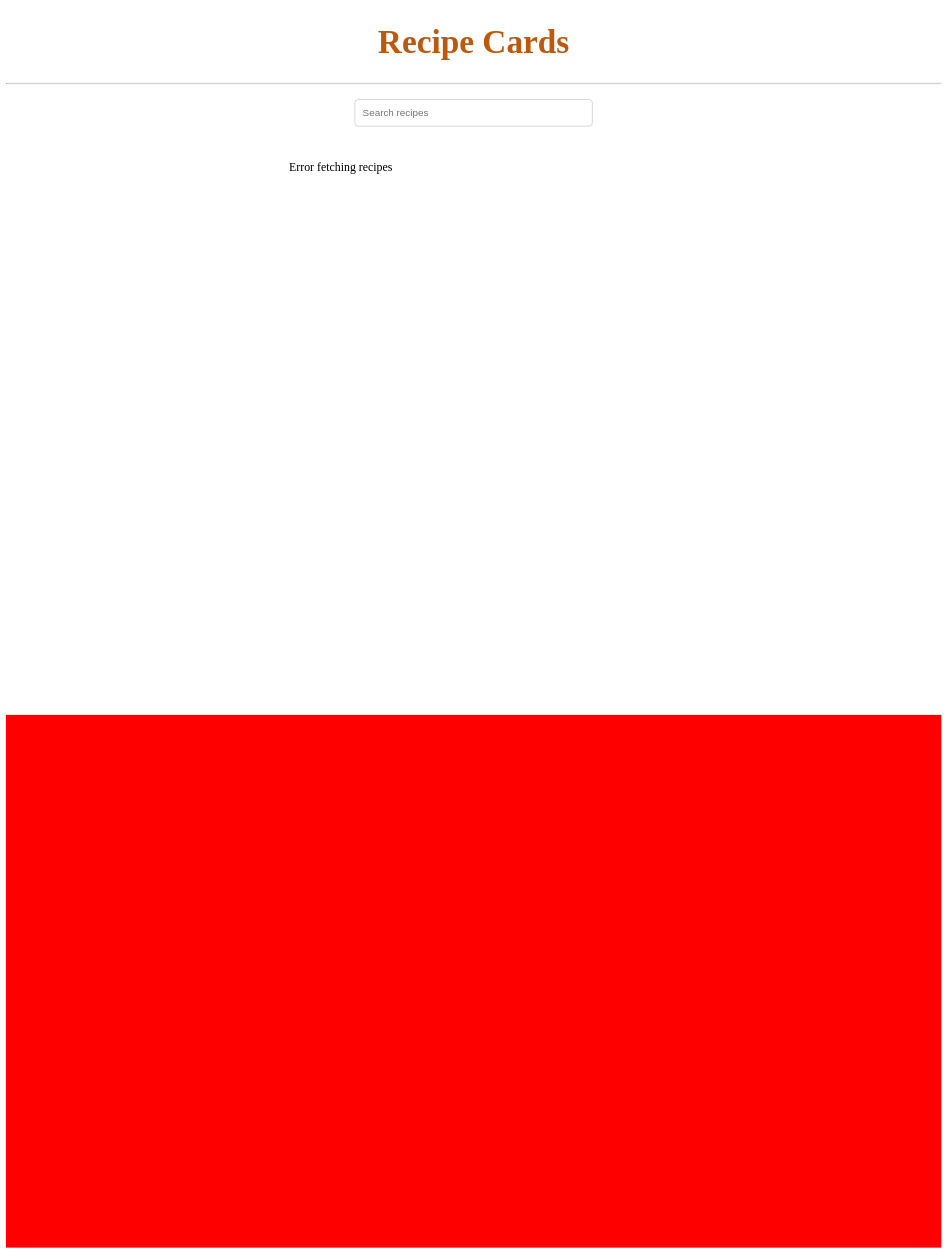
Repository: SharonSebastian32/food-search-filter-
Page: index.html
An editor plug-in stored every save of this project. The page is shown before and after the next save, followed by the edit.
The browser window is 1280 px wide. The pictures show the whole page, at 74% of full size.
The page's requests for data from a server got no answer.

Above is the page before, as saved 2024-10-11 12:51:09.

### index.html
<!DOCTYPE html>
<html lang="en">
  <head>
    <meta charset="UTF-8" />
    <meta name="viewport" content="width=device-width, initial-scale=1.0" />
    <title>Recipe Cards</title>
    <style>
      .card {
        border: 1px solid #ddd;
        border-radius: 10px;
        margin: 20px;
        box-shadow: 0 4px 8px rgba(0, 0, 0, 0.1);
        width: 240px;
        display: inline-block;
        vertical-align: top;
        overflow: hidden;
      }
      .card img {
        width: 100%;
        height: 200px;
       }
      .card h2 {
        font-size: 24px;
        margin: 0 0 10px 0;
        padding: 10px;
      }
      .card p {
        margin: 5px 0;
        padding: 10px;
      }
      .card-container {
        display: flex;
        flex-wrap: wrap;
        justify-content: space-around;
        padding: 10px;
        height: 100vh;
        width: 70%; /* Set height to full viewport */
        overflow-y: scroll; /* Enable vertical scrolling */
        margin-bottom: 35px;
        /* Firefox scrollbar properties */
        scrollbar-width: thin; /* Thin scrollbar */
        scrollbar-color: #888 #f1f1f1; /* Thumb color and track color */
      }

      /* WebKit-based browsers (Chrome, Safari) */
      .card-container::-webkit-scrollbar {
        width: 12px; /* Width of the scrollbar */
      }

      /* Track (background of the scrollbar) */
      .card-container::-webkit-scrollbar-track {
        background: #f1f1f1; /* Light gray background */
        border-radius: 10px; /* Rounded corners for the track */
      }

      /* Handle (scrollbar thumb) */
      .card-container::-webkit-scrollbar-thumb {
        background: #888; /* Darker gray thumb */
        border-radius: 10px; /* Rounded corners for the thumb */
      }

      /* Handle on hover */
      .card-container::-webkit-scrollbar-thumb:hover {
        background: #555; /* Darker shade on hover */
      }
      #head1 {
        color: rgb(189, 89, 12);
        font-size: 45px;
        font-weight: 600;
        text-align: center;
      }
      #search-container {
        text-align: center;
        margin: 20px;
      }
      #search-input {
        padding: 10px;
        width: 300px;
        border-radius: 5px;
        border: 1px solid #ccc;
      }
    </style>
  </head>
  <body>
    <h1 id="head1">Recipe Cards</h1>
    <hr />

    <div id="search-container">
      <input type="text" id="search-input" placeholder="Search recipes" />
    </div>

    <div id="recipe-root" class="card-container"></div>

    <section style="background-color: red; height: 100vh"></section>

    <script src="./index.js"></script>
  </body>
</html>

### index.js
let allRecipes = []; // To store fetched recipes

// Function to display recipes
function displayRecipes(recipes) {
  const recipeContainer = document.getElementById("recipe-root");
  recipeContainer.innerHTML = ""; // Clear previous results

  recipes.forEach((recipe) => {
    const card = document.createElement("div");
    card.classList.add("card");

    const img = document.createElement("img");
    img.src = recipe.image;
    img.alt = recipe.name;
    card.appendChild(img);

    const title = document.createElement("h2");
    title.innerText = recipe.name;
    card.appendChild(title);

    const cuisine = document.createElement("p");
    cuisine.innerHTML = `<strong>Cuisine:</strong> ${recipe.cuisine}`;
    card.appendChild(cuisine);

    const ingredients = document.createElement("p");
    ingredients.innerHTML = `<strong>Ingredients:</strong> ${recipe.ingredients.join(
      ", "
    )}`;
    card.appendChild(ingredients);

    recipeContainer.appendChild(card);
  });
}

// Function to fetch recipes from API
async function fetchRecipes() {
  try {
    const response = await fetch("https://dummyjson.com/recipes");
    const data = await response.json();

    allRecipes = data.recipes; // Save all recipes
    displayRecipes(allRecipes); // Initially display all recipes
  } catch (error) {
    console.error("Error fetching recipes:", error);
    const recipeContainer = document.getElementById("recipe-root");
    recipeContainer.innerHTML = "<p>Error fetching recipes</p>"; // Display error message
  }
}

// Function to filter recipes based on search input
function filterRecipes(event) {
  const searchText = event.target.value.toLowerCase();
  const filteredRecipes = allRecipes.filter(
    (recipe) =>
      recipe.name.toLowerCase().includes(searchText) ||
      recipe.cuisine.toLowerCase().includes(searchText) ||
      recipe.ingredients.some((ingredient) =>
        ingredient.toLowerCase().includes(searchText)
      )
  );
  displayRecipes(filteredRecipes);
}

// Add event listener to search input
document
  .getElementById("search-input")
  .addEventListener("input", filterRecipes);

// Call the function to fetch and display recipes
fetchRecipes();

After the next save:
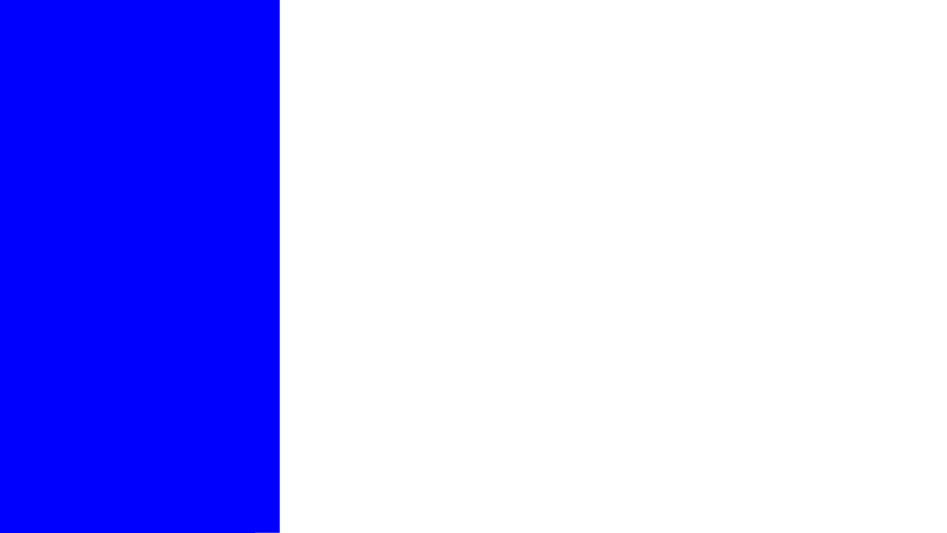
Console error: TypeError: Cannot read properties of null (reading 'addEventListener')
Saved 3 min 46 s later.
--- a/index.html
+++ b/index.html
@@ -5,38 +5,18 @@
     <meta name="viewport" content="width=device-width, initial-scale=1.0" />
     <title>Recipe Cards</title>
     <style>
-      .card {
-        border: 1px solid #ddd;
-        border-radius: 10px;
-        margin: 20px;
-        box-shadow: 0 4px 8px rgba(0, 0, 0, 0.1);
-        width: 240px;
-        display: inline-block;
-        vertical-align: top;
-        overflow: hidden;
-      }
-      .card img {
-        width: 100%;
-        height: 200px;
-       }
-      .card h2 {
-        font-size: 24px;
-        margin: 0 0 10px 0;
-        padding: 10px;
-      }
-      .card p {
-        margin: 5px 0;
-        padding: 10px;
+      body {
+        display: flex; /* Use flexbox for the layout */
+        height: 100vh; /* Full viewport height */
+        margin: 0; /* Remove default margin */
       }
       .card-container {
         display: flex;
         flex-wrap: wrap;
         justify-content: space-around;
         padding: 10px;
-        height: 100vh;
-        width: 70%; /* Set height to full viewport */
+        width: 70%; /* Set width to 70% */
         overflow-y: scroll; /* Enable vertical scrolling */
-        margin-bottom: 35px;
         /* Firefox scrollbar properties */
         scrollbar-width: thin; /* Thin scrollbar */
         scrollbar-color: #888 #f1f1f1; /* Thumb color and track color */
@@ -63,36 +43,66 @@
       .card-container::-webkit-scrollbar-thumb:hover {
         background: #555; /* Darker shade on hover */
       }
+
+      .card {
+        border: 1px solid #ddd;
+        border-radius: 10px;
+        margin: 20px;
+        box-shadow: 0 4px 8px rgba(0, 0, 0, 0.1);
+        width: 240px;
+        display: inline-block;
+        vertical-align: top;
+        overflow: hidden;
+      }
+
+      .card img {
+        width: 100%;
+        height: 200px;
+      }
+
+      .card h2 {
+        font-size: 24px;
+        margin: 0 0 10px 0;
+        padding: 10px;
+      }
+
+      .card p {
+        margin: 5px 0;
+        padding: 10px;
+      }
+
       #head1 {
         color: rgb(189, 89, 12);
         font-size: 45px;
         font-weight: 600;
         text-align: center;
       }
+
       #search-container {
         text-align: center;
         margin: 20px;
       }
+
       #search-input {
         padding: 10px;
         width: 300px;
         border-radius: 5px;
         border: 1px solid #ccc;
       }
+
+      .add-container {
+        width: 30%; /* Set width to 30% */
+        background-color: blue; /* Background color */
+      }
     </style>
   </head>
   <body>
-    <h1 id="head1">Recipe Cards</h1>
-    <hr />
-
-    <div id="search-container">
-      <input type="text" id="search-input" placeholder="Search recipes" />
+    <div class="add-container">
+      <!-- Additional content can go here -->
     </div>
 
     <div id="recipe-root" class="card-container"></div>
 
-    <section style="background-color: red; height: 100vh"></section>
-
     <script src="./index.js"></script>
   </body>
 </html>

After the 3 saves that followed:
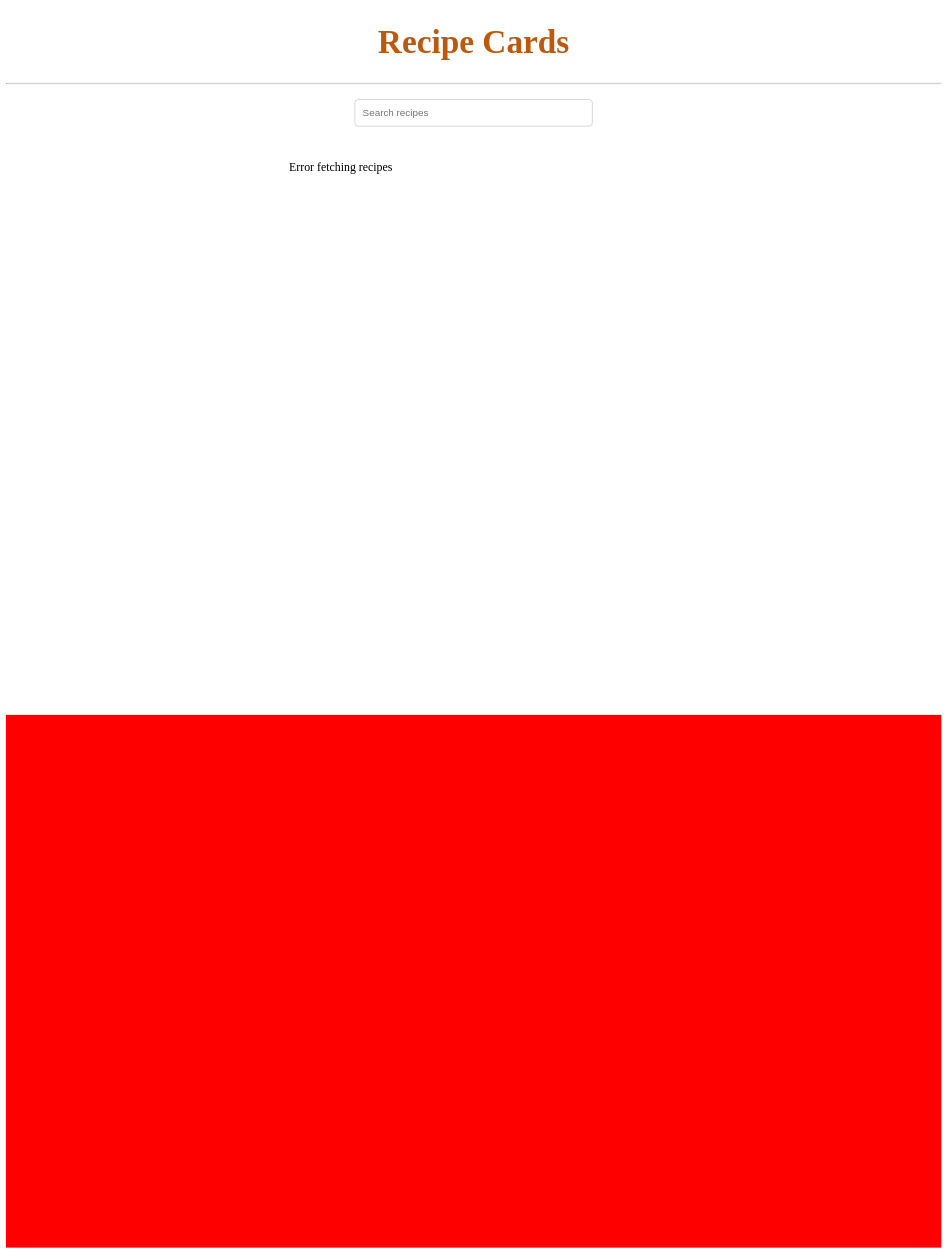
The error is gone.
The 3 saves are shown as one change because 1 left the picture as it was and some came seconds apart.
The last was saved 95 s later.
--- a/index.html
+++ b/index.html
@@ -5,18 +5,38 @@
     <meta name="viewport" content="width=device-width, initial-scale=1.0" />
     <title>Recipe Cards</title>
     <style>
-      body {
-        display: flex; /* Use flexbox for the layout */
-        height: 100vh; /* Full viewport height */
-        margin: 0; /* Remove default margin */
+      .card {
+        border: 1px solid #ddd;
+        border-radius: 10px;
+        margin: 20px;
+        box-shadow: 0 4px 8px rgba(0, 0, 0, 0.1);
+        width: 240px;
+        display: inline-block;
+        vertical-align: top;
+        overflow: hidden;
+      }
+      .card img {
+        width: 100%;
+        height: 200px;
+      }
+      .card h2 {
+        font-size: 24px;
+        margin: 0 0 10px 0;
+        padding: 10px;
+      }
+      .card p {
+        margin: 5px 0;
+        padding: 10px;
       }
       .card-container {
         display: flex;
         flex-wrap: wrap;
         justify-content: space-around;
         padding: 10px;
-        width: 70%; /* Set width to 70% */
+        height: 100vh;
+        width: 70%; /* Set height to full viewport */
         overflow-y: scroll; /* Enable vertical scrolling */
+        margin-bottom: 35px;
         /* Firefox scrollbar properties */
         scrollbar-width: thin; /* Thin scrollbar */
         scrollbar-color: #888 #f1f1f1; /* Thumb color and track color */
@@ -43,66 +63,36 @@
       .card-container::-webkit-scrollbar-thumb:hover {
         background: #555; /* Darker shade on hover */
       }
-
-      .card {
-        border: 1px solid #ddd;
-        border-radius: 10px;
-        margin: 20px;
-        box-shadow: 0 4px 8px rgba(0, 0, 0, 0.1);
-        width: 240px;
-        display: inline-block;
-        vertical-align: top;
-        overflow: hidden;
-      }
-
-      .card img {
-        width: 100%;
-        height: 200px;
-      }
-
-      .card h2 {
-        font-size: 24px;
-        margin: 0 0 10px 0;
-        padding: 10px;
-      }
-
-      .card p {
-        margin: 5px 0;
-        padding: 10px;
-      }
-
       #head1 {
         color: rgb(189, 89, 12);
         font-size: 45px;
         font-weight: 600;
         text-align: center;
       }
-
       #search-container {
         text-align: center;
         margin: 20px;
       }
-
       #search-input {
         padding: 10px;
         width: 300px;
         border-radius: 5px;
         border: 1px solid #ccc;
       }
-
-      .add-container {
-        width: 30%; /* Set width to 30% */
-        background-color: blue; /* Background color */
-      }
     </style>
   </head>
   <body>
-    <div class="add-container">
-      <!-- Additional content can go here -->
+    <h1 id="head1">Recipe Cards</h1>
+    <hr />
+
+    <div id="search-container">
+      <input type="text" id="search-input" placeholder="Search recipes" />
     </div>
 
     <div id="recipe-root" class="card-container"></div>
 
+    <section style="background-color: red; height: 100vh"></section>
+
     <script src="./index.js"></script>
   </body>
 </html>
